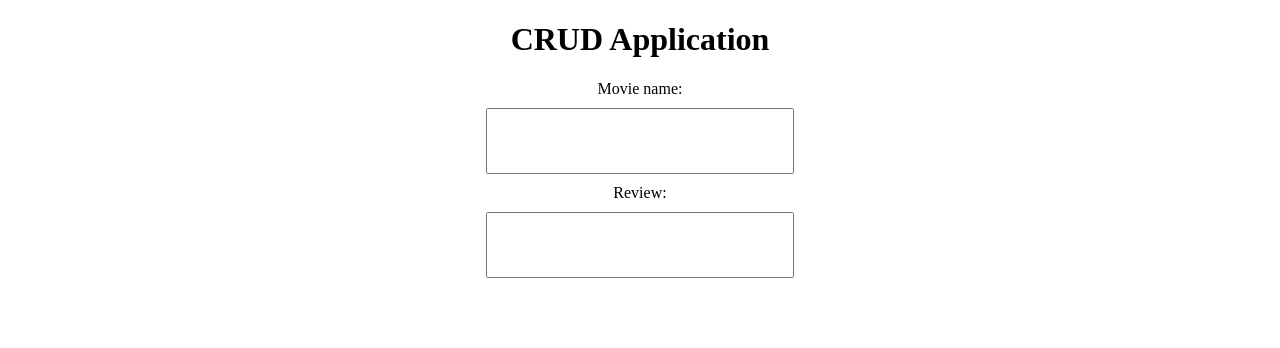
Repository: DorAzaria/CRUD-React-Node-MySQL
Page: / (app in client/)
The author's editor kept a copy of each file at every save. The page is drawn from the files as they stood at one save, then again after the next save.
The browser window is 1280 px wide. The pictures show the whole page.
The project was rebuilt for these pictures with package versions that can differ from the ones it lists, and the page was loaded fresh each time.

Above is the page before, as saved 2022-12-21 15:13:06.

### client/src/index.js
import React from 'react';
import ReactDOM from 'react-dom/client';
import App from './App';

const root = ReactDOM.createRoot(document.getElementById('root'));
root.render(
    <App />,
);

### client/src/App.js
import './App.css';

function App() {
  return (
    <div className="App">
      <h1>CRUD Application</h1>


      <div className='form'>
        <label>Movie name:</label>
        <input type="text" name="movieName"/>
        <label>Review:</label>
        <input type="text" name="review"/>
      </div>
    </div>
  );
}

export default App;

### client/src/App.css
.App {
  text-align: center;
}

.form {
  display: flex;
  flex-direction: column;
  align-items: center;
  justify-content: center;
}

.form input {
  width: 300px;
  height: 60px;
  margin: 10px;
  font-size: 25px;
}

Loaded but not shown: client/public/index.html (common file)

After the next save:
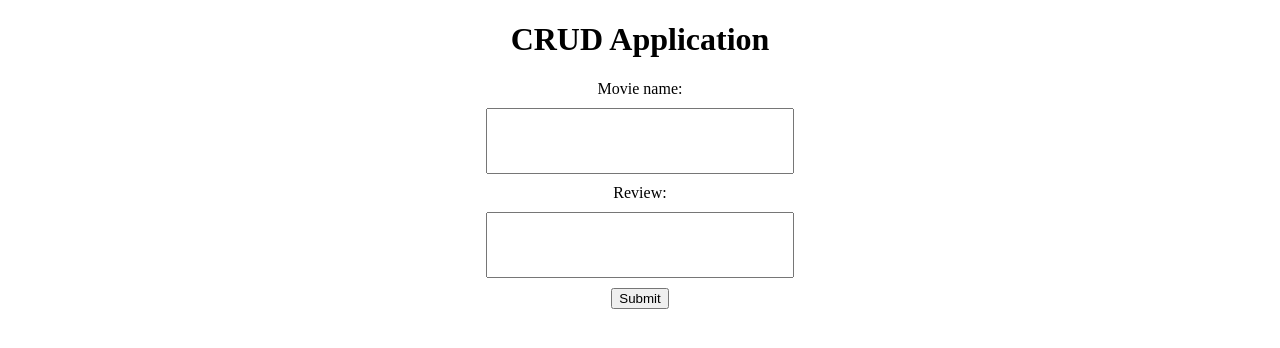
Saved 22 s later.
--- a/client/src/App.js
+++ b/client/src/App.js
@@ -11,6 +11,8 @@ function App() {
         <input type="text" name="movieName"/>
         <label>Review:</label>
         <input type="text" name="review"/>
+
+        <button>Submit</button>
       </div>
     </div>
   );
